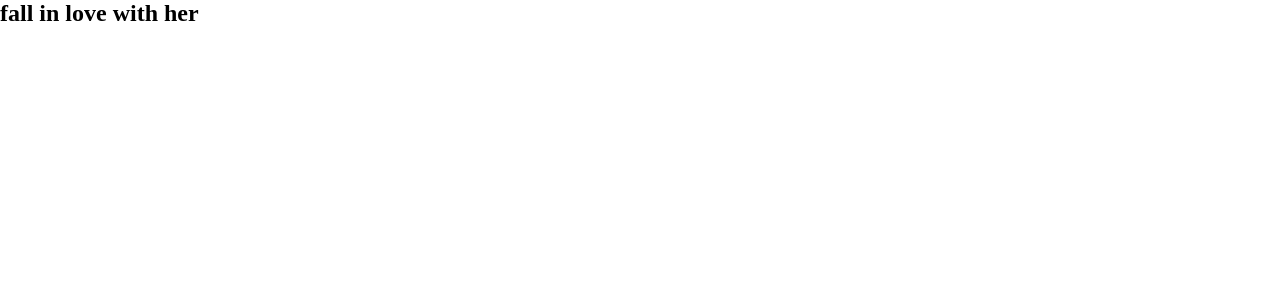
Repository: triumph-star/CSS-practice
Page: One CSS per day/broken/index.html
These files come from the project's save history. The page is drawn as it stood at one moment and after the next save; the edit follows.
The browser window is 1280 px wide. The pictures show the whole page.
Some web fonts or font styles are not loaded; a fallback is used.

Above is the page before, as saved 2020-11-13 15:56:56.

After the next save:
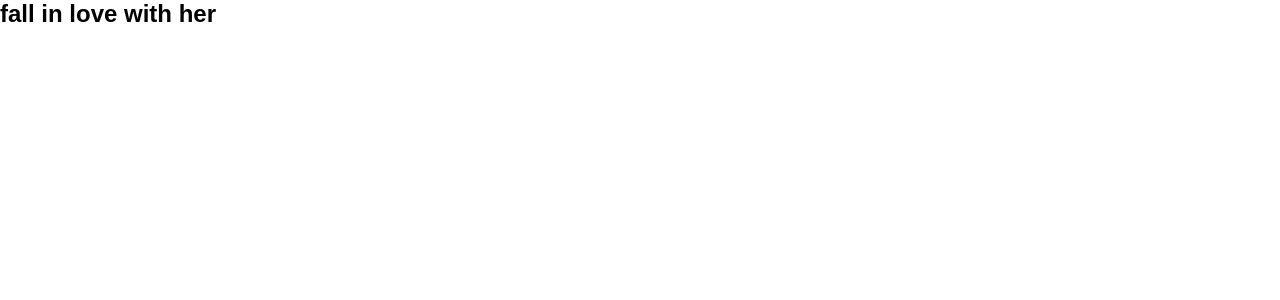
Saved 4 s later.
--- a/One CSS per day/broken/css.css
+++ b/One CSS per day/broken/css.css
@@ -3,5 +3,5 @@
 *{
   margin: 0;
   padding: 0;
-  font-family: 'Poppins';
+  font-family: 'Poppins', sans-serif;
 }
